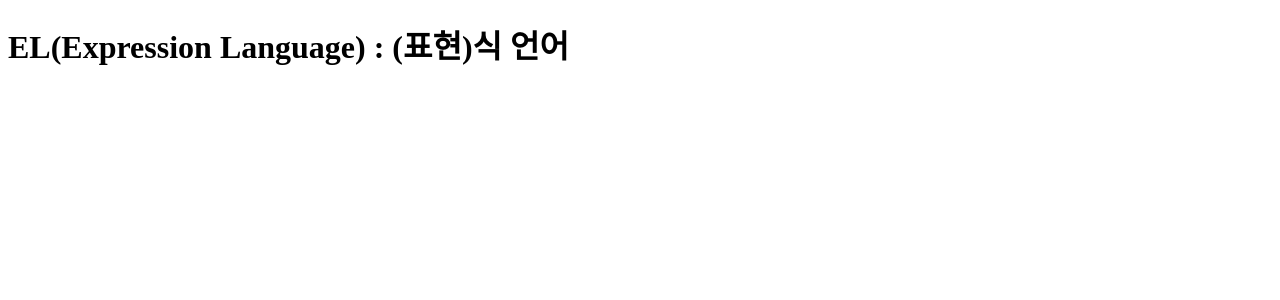
Repository: ljh5973/labweb
Page: http://localhost/JSP03/01_el.jsp
These files come from the project's save history. The page is drawn as it stood at one moment and after a run of saves; the edit follows.
The browser window is 1280 px wide. The pictures show the whole page.
The page is served by Tomcat 9.

Above is the page before, as saved 2022-01-10 05:54:54.

### JSP03/webapp/01_el.jsp
<%@ page language="java" contentType="text/html; charset=UTF-8"
    pageEncoding="UTF-8"%>
<%@ page trimDirectiveWhitespaces="true"%>
<!DOCTYPE html>
<html>
	<head>
		<meta charset="UTF-8">
		<title>EL</title>
	</head>
	<body>

	<h1>EL(Expression Language) : (표현)식 언어</h1>
	</body>
</html>

After the next 2 saves:
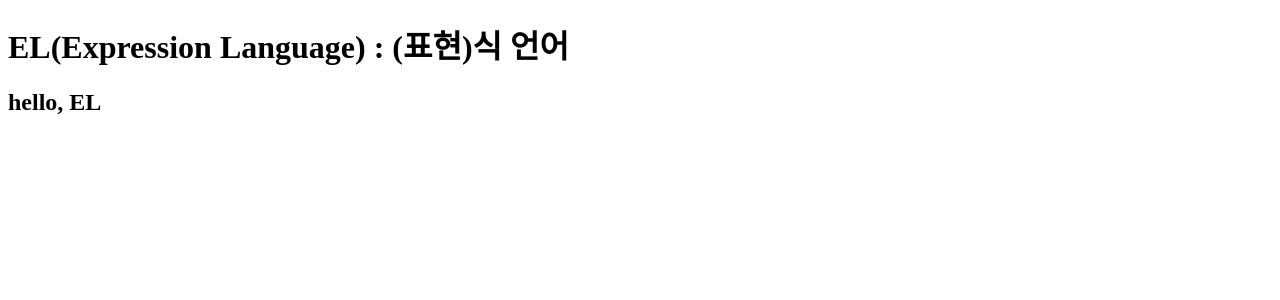
The 2 saves are shown as one change because they came seconds apart.
The last was saved 107 s later.
--- a/JSP03/webapp/01_el.jsp
+++ b/JSP03/webapp/01_el.jsp
@@ -10,5 +10,7 @@
 	<body>
 
 	<h1>EL(Expression Language) : (표현)식 언어</h1>
+
+	<h2>${ "hello, EL" }</h2>
 	</body>
 </html>
